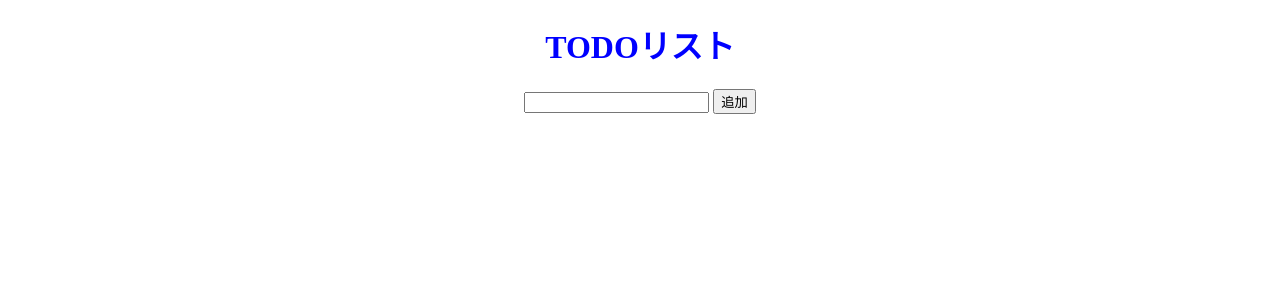
Repository: kntb2565/todolist
Page: src/index.html
The author's editor kept a copy of each file at every save. The page is drawn from the files as they stood at one save, then again after the next save.
The browser window is 1280 px wide. The pictures show the whole page.

Above is the page before, as saved 2018-10-21 14:01:57.

After the next save:
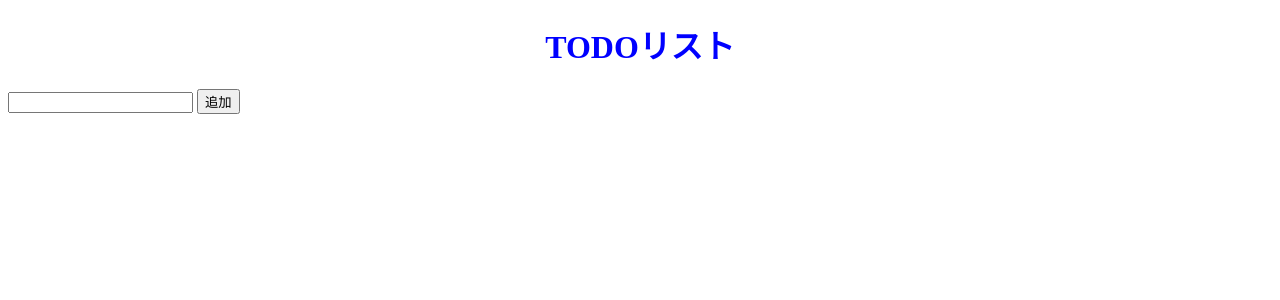
Saved 13 s later.
--- a/src/css/styles.css
+++ b/src/css/styles.css
@@ -2,9 +2,6 @@ h1{
  color: blue;
  text-align: center;
 }
- body{
-    text-align: center;
- }
 
  .todo{
    width: 180px
